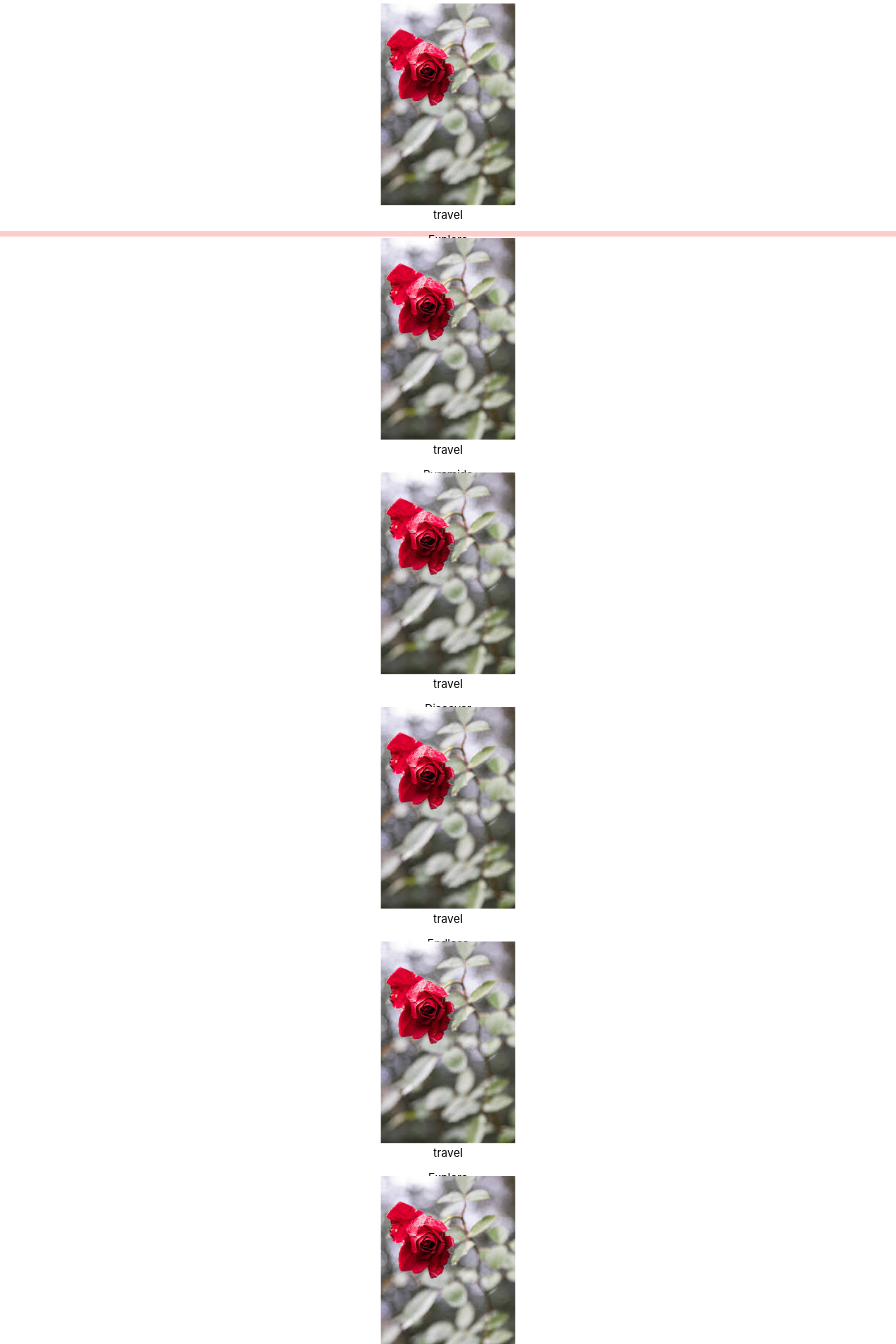
Repository: vakharia5/Preview
Page: /
The author's editor kept a copy of each file at every save. The page is drawn from the files as they stood at one save, then again after the next save.
The browser window is 1280 px wide. The pictures show the part of the page from y = 0 to 1920 px (the page is 2698 px tall before and 2685 px after), at 70% of full size.
The project was rebuilt for these pictures with package versions that can differ from the ones it lists, and the page was loaded fresh each time.

Above is the page before, as saved 2020-06-22 15:13:24.

After the next save:
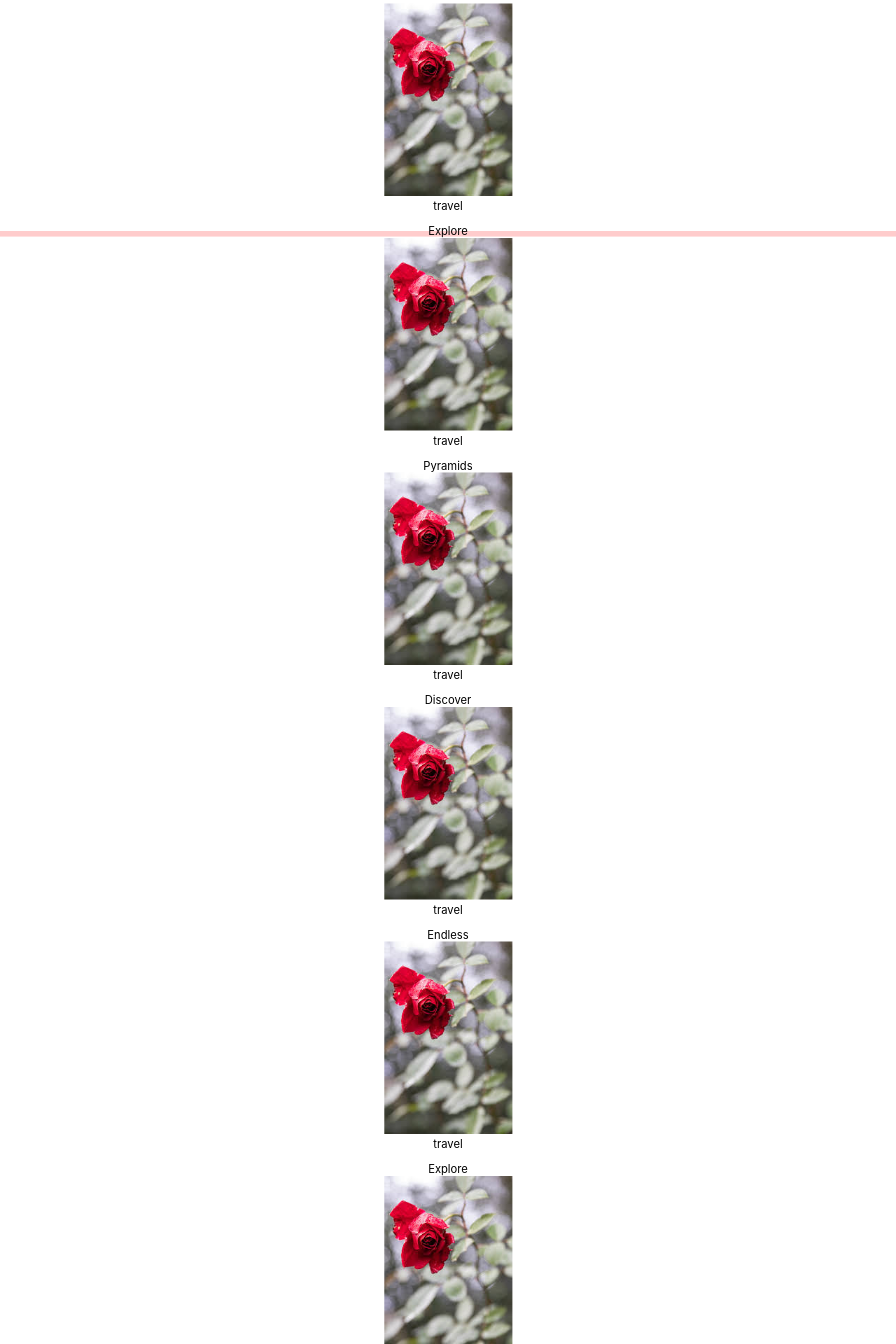
Saved 15 s later.
--- a/src/assets/css/Style.css
+++ b/src/assets/css/Style.css
@@ -6,7 +6,7 @@
 
 }
 
-.cardImage {
+.Image {
     height: 18rem;
     background-color: blue
 

After the save that followed:
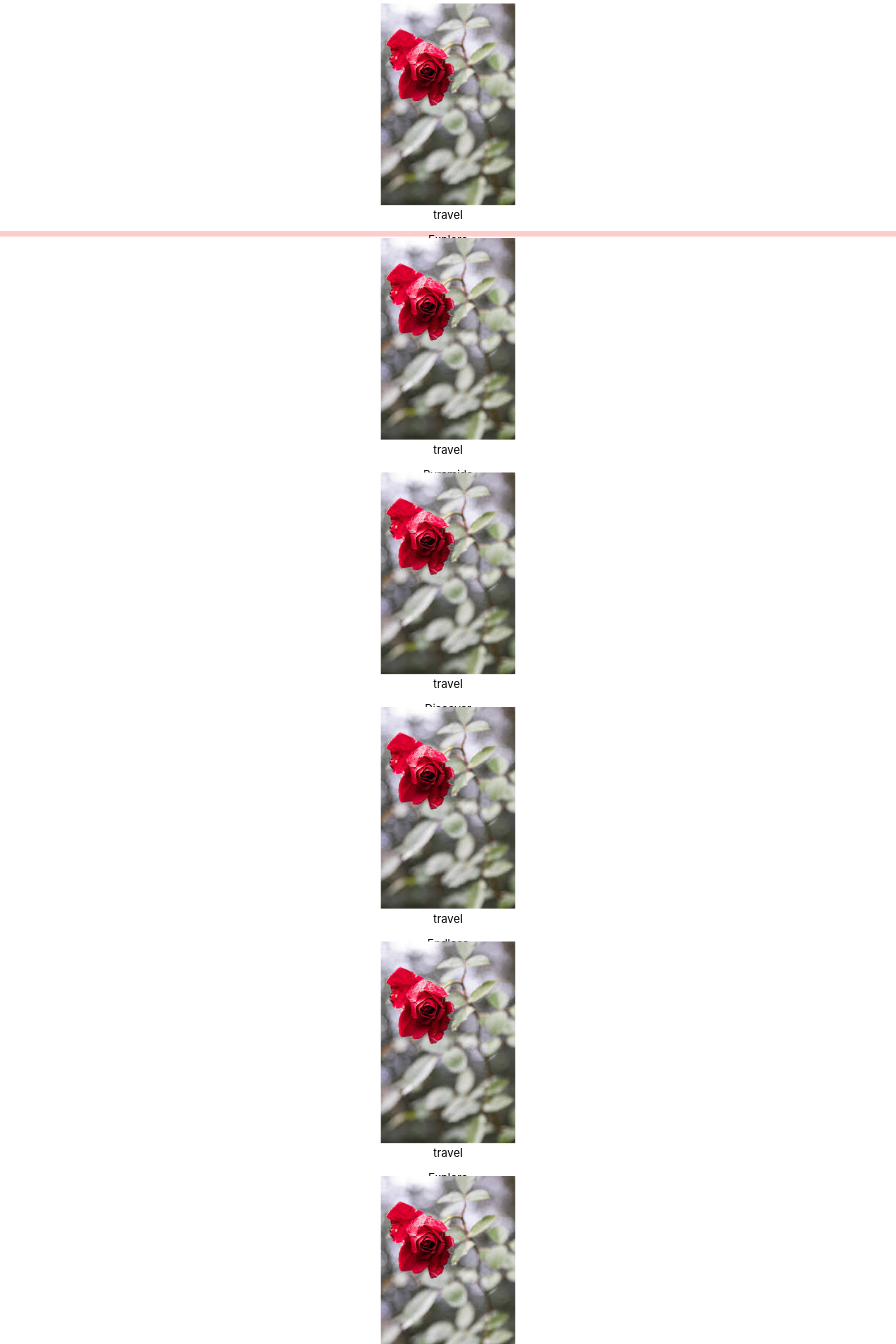
Saved 11 s later.
--- a/src/components/CardList.js
+++ b/src/components/CardList.js
@@ -12,7 +12,7 @@ class CardList extends Component {
     {console.log(Data)}
     { Data.map(data =>
     <Card  border="light" className = "shadow-box-example hoverable">
-      <Card.Img src={img} alt="Card image" className = "cardImage" />
+      <Card.Img src={img} alt="Card image" className = "Image" />
       <Card.ImgOverlay>
         <Card.Title>{data.title}</Card.Title>
         <Card.Text>
